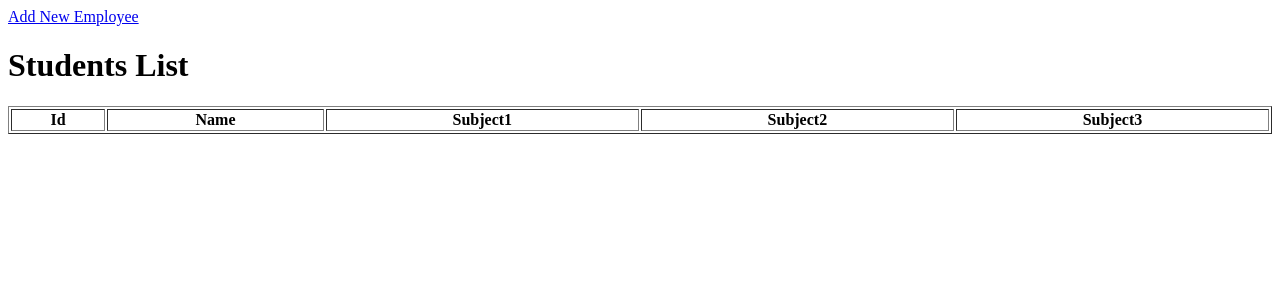
Repository: nikhil-jon12/lecture
Page: http://localhost/Assignment/ViewServlet
An editor plug-in stored every save of this project. The page is shown before and after the next save, followed by the edit.
The browser window is 1280 px wide. The pictures show the whole page.
The page is served by Tomcat 9. Queries for data that is not in the repository find no rows.

Above is the page before, as saved 2019-11-18 14:37:22.

After the next save:
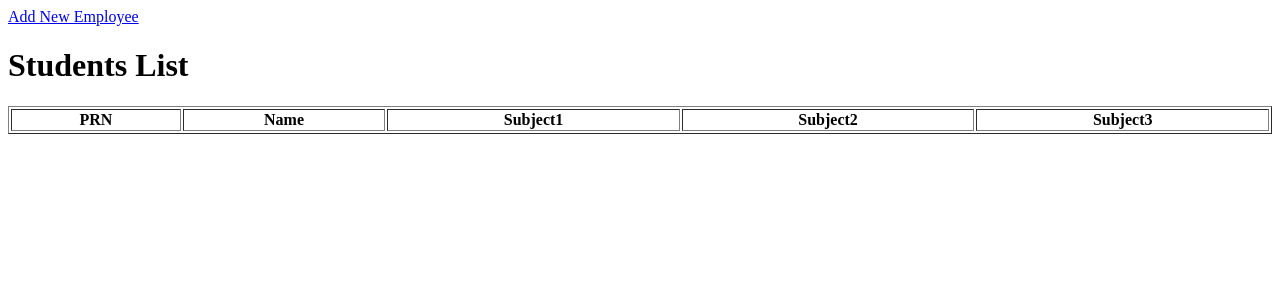
Saved 118 s later.
--- a/Assignment/src/ViewServlet.java
+++ b/Assignment/src/ViewServlet.java
@@ -38,7 +38,7 @@ public class ViewServlet extends HttpServlet {
         List<Student> list=StudentDao.getAllStudents();
 
         out.print("<table border='1' width='100%'");
-        out.print("<tr><th>Id</th><th>Name</th><th>Subject1</th><th>Subject2</th><th>Subject3</th></tr>");
+        out.print("<tr><th>PRN</th><th>Name</th><th>Subject1</th><th>Subject2</th><th>Subject3</th></tr>");
         for(Student s:list){
          out.print("<tr><td>"+s.getPRN()+"</td><td>"+s.getName()+"</td><td>"+s.getS1()+"</td> <td>"+s.getS2()+"</td><td>"+s.getS3()+"</td></tr>");
         }
